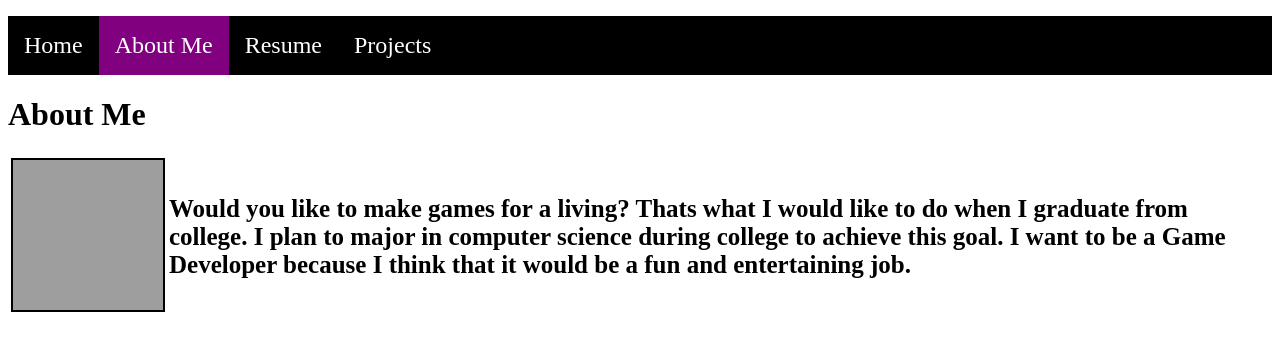
Repository: Artlepop/Artlepop.github.io
Page: aboutme.html
The author's editor kept a record of every edit. The page is drawn from the files as they stood at one moment, then again after the next edit.
The browser window is 1280 px wide. The pictures show the whole page.
Pictures or frames that could not be fetched are drawn as grey boxes.

Above is the page before.

### aboutme.html
<!DOCTYPE html>
<html>
  <head>
  <title>Home</title>
  <link rel="stylesheet" type="text/css" href="style.css">
  <style>
      .aboutimg{
          border: 2px solid black;
          height: 150px;
          width: 150px;
      }

      .firstparagraph{
          font-size: 25px;
      }
  </style>
  </head>
  <body>
    <ul class="navbar">
      <li><a href="index.html">Home</a></li>
      <li class = "active"><a href="aboutme.html">About Me</a></li>
      <li><a href="resume.html">Resume</a></li>
      <li class = "dropdown">
        <div>Projects</div>
        <ul class="dropdown-content">
          <li><a href="project1.html">Project 1</a></li>
          <li><a href="project2.html">Project 2</a></li>
          <li><a href="project3.html">Project 3</a></li>
        </ul>
      </li>
    </ul>
    <h1>About Me</h1>
    <table>
      <tr>
        <td><img class = "aboutimg" src = "https://www.gormankelly.com.au/wp-content/uploads/2019/03/Placeholder-Team-Image.jpg"></td>
        <td><h2 class = "firstparagraph"> Would you like to make games for a living? Thats what I would like to do
    when I graduate from college. I plan to major in computer science during college to achieve this goal.
    I want to be a Game Developer because I think that it would be a fun and entertaining job.</h2></td>
      </tr>
    </table>
  </body>
</html>

### style.css
    .navbar{
      list-style: none;
      background-color: black;
      overflow: hidden;
      padding: 0;
    }

    .navbar a, .dropdown div{
      text-decoration: none;
      color: white;
      font-size: 24px;
      padding: 16px;
      display: inline-block;
    }

    .navbar li{
      float: left;
    }

    .navbar li:hover{
      background-color: purple;
    }

    a:Hover, div:Hover{
        color: black;
    }

    .dropdown-content{
      list-style: none;
      padding: 0;
      display: none;
      position: absolute;
      z-index: 1;
    }

    .dropdown-content li{
      float:none;
      background-color: purple;
    }

    .dropdown:hover .dropdown-content{
      display: block;
    }

    .active
    {
      background-color: purple;
    }

After the next edit:
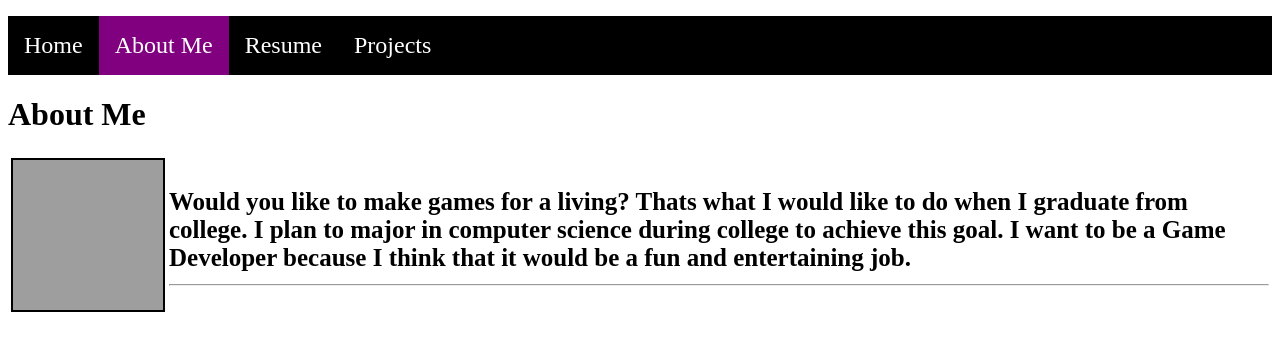
The edit:
--- a/aboutme.html
+++ b/aboutme.html
@@ -35,7 +35,7 @@
         <td><img class = "aboutimg" src = "https://www.gormankelly.com.au/wp-content/uploads/2019/03/Placeholder-Team-Image.jpg"></td>
         <td><h2 class = "firstparagraph"> Would you like to make games for a living? Thats what I would like to do
     when I graduate from college. I plan to major in computer science during college to achieve this goal.
-    I want to be a Game Developer because I think that it would be a fun and entertaining job.</h2></td>
+    I want to be a Game Developer because I think that it would be a fun and entertaining job.<hr></h2></td>
       </tr>
     </table>
   </body>
